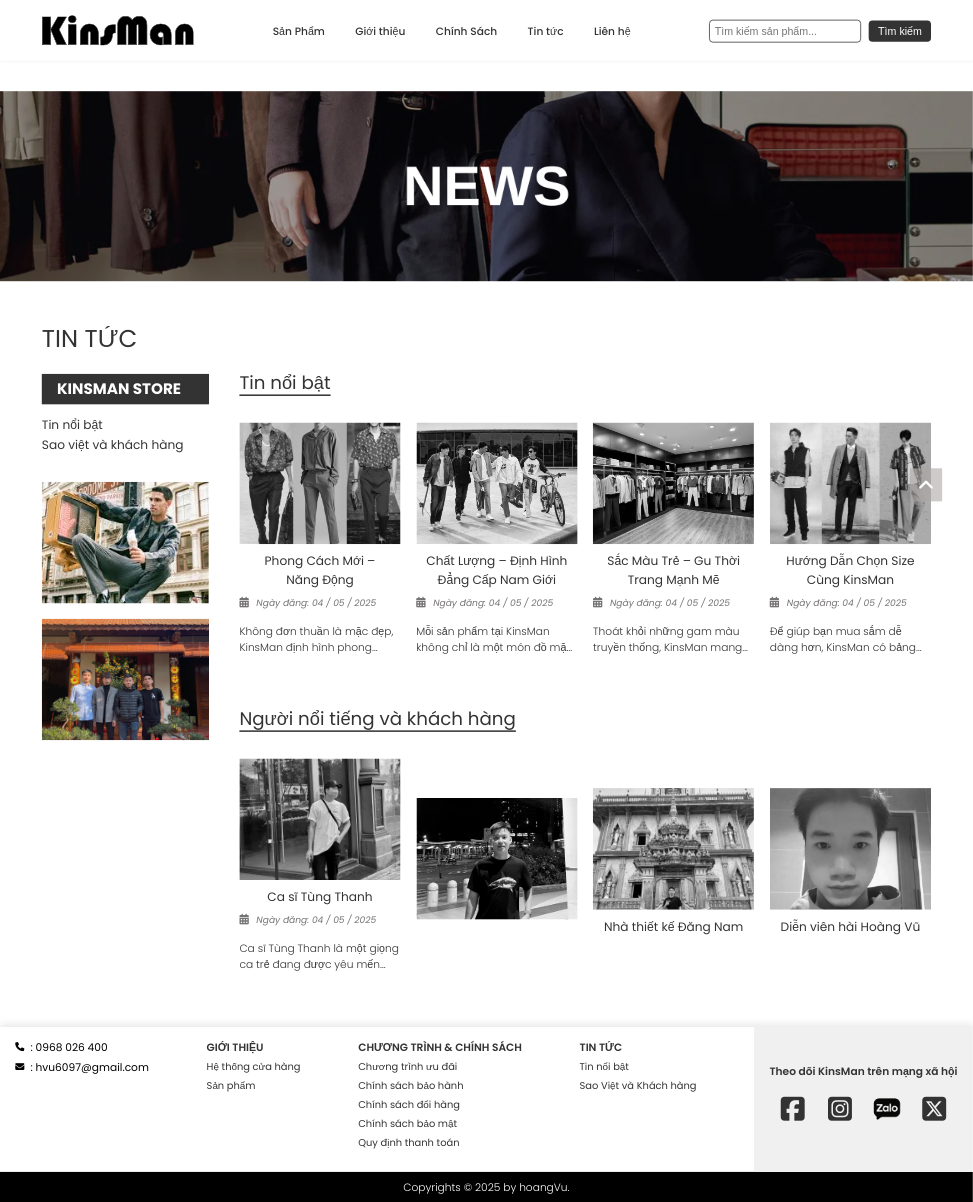
Repository: hoang28092000/kinsmanClothes
Page: category/news.html
These files come from the project's save history. The page is drawn as it stood at one moment and after the next save; the edit follows.
The browser window is 1280 px wide. The pictures show the whole page, at 76% of full size.

Above is the page before, as saved 2025-05-08 15:03:59.
Console error: TypeError: Cannot read properties of null (reading 'addEventListener')

After the next save:
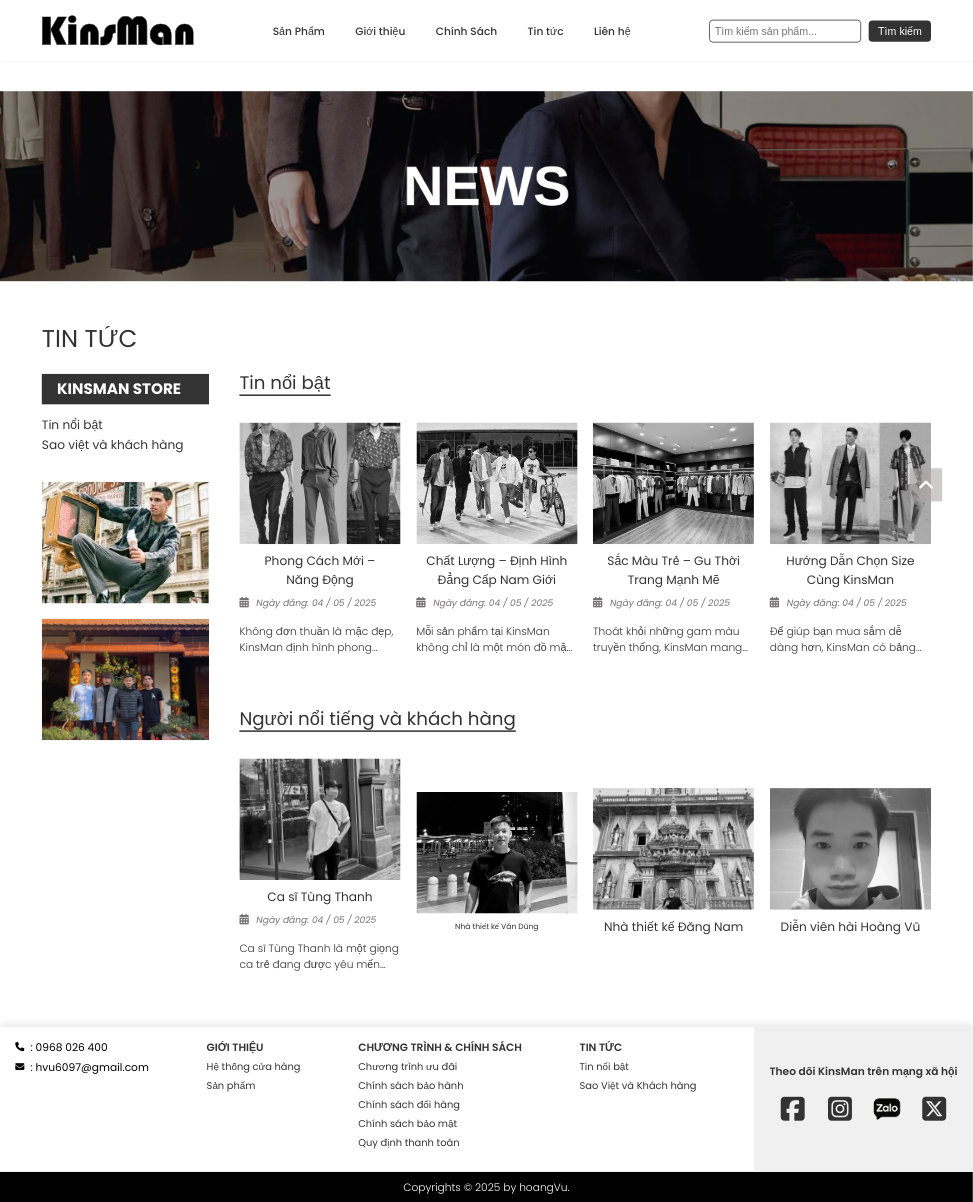
Saved 4 s later.
--- a/category/news.html
+++ b/category/news.html
@@ -203,7 +203,7 @@
                     <div class="img-news">
                       <img src="../asset/image/celep-3.jpg" alt="" />
                     </div>
-                    <h3 class="name-news"><a href=""> </a></h3>
+                    <h3 class="name-news">Nhà thiết kế Văn Dũng </h3>
                   </a>
 
                 </article>
